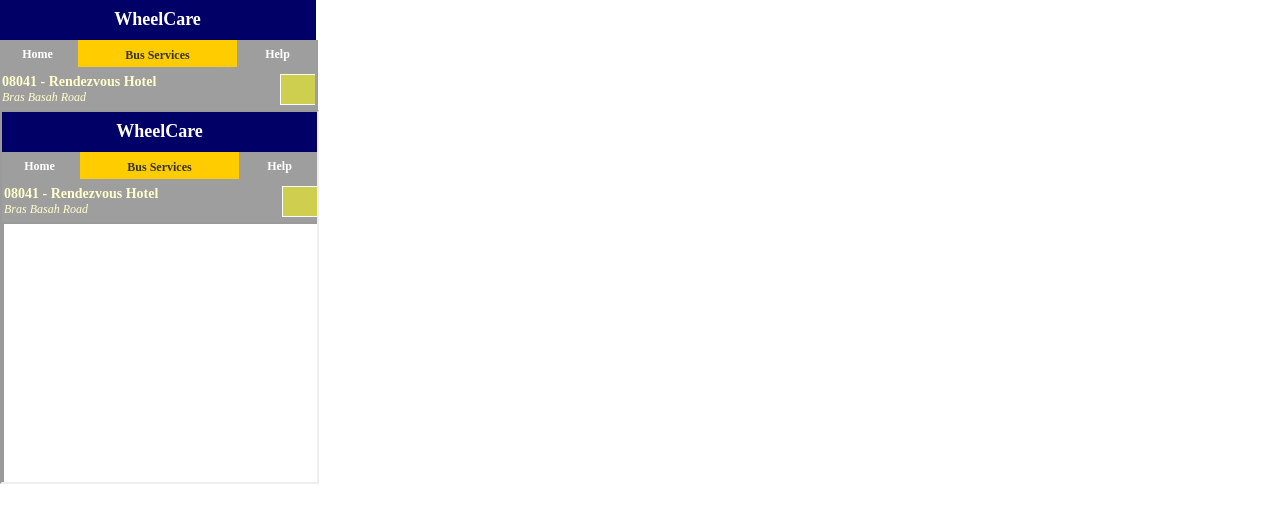
Repository: junkiatyeo/WheelCareVer2
Page: Wheelcarev2/war/Bus_ServicesC1.html
The author's editor kept a copy of each file at every save. The page is drawn from the files as they stood at one save, then again after the next save.
The browser window is 1280 px wide. The pictures show the whole page.
Pictures or frames that could not be fetched are drawn as grey boxes.

Above is the page before, as saved 2014-03-29 12:14:50.

After the next save:
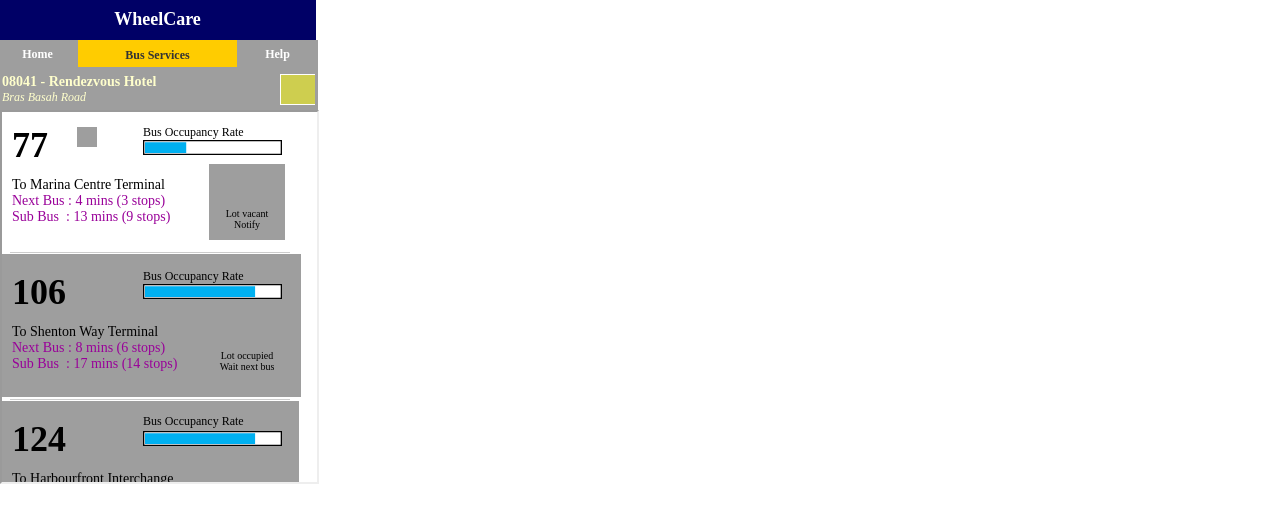
Saved 9 s later.
--- a/Wheelcarev2/war/Bus_ServicesC1.html
+++ b/Wheelcarev2/war/Bus_ServicesC1.html
@@ -40,7 +40,7 @@
 <div id="u5_rtf"><p style="text-align:left;"><span style="font-family:Axure Handwriting;font-size:14px;font-weight:bold;font-style:normal;text-decoration:none;color:#FFFFCC;">0</span><span style="font-family:Axure Handwriting;font-size:14px;font-weight:bold;font-style:normal;text-decoration:none;color:#FFFFCC;">80</span><span style="font-family:Axure Handwriting;font-size:14px;font-weight:bold;font-style:normal;text-decoration:none;color:#FFFFCC;">41</span><span style="font-family:Axure Handwriting;font-size:14px;font-weight:bold;font-style:normal;text-decoration:none;color:#FFFFCC;"> - </span><span style="font-family:Axure Handwriting;font-size:14px;font-weight:bold;font-style:normal;text-decoration:none;color:#FFFFCC;">Rendezvous Hotel</span></p><p style="text-align:left;"><span style="font-family:Axure Handwriting;font-size:12px;font-weight:normal;font-style:italic;text-decoration:none;color:#FFFFCC;">Bras Basah Road</span></p></div>
 </div>
 </div>
-<IFRAME id="u6" style="position:absolute; left:0px; top:110px; width:315px; height:370px; ; ; ;;" basesrc="#" frameborder="1" scrolling="auto" ></IFRAME>
+<IFRAME id="u6" style="position:absolute; left:0px; top:110px; width:315px; height:370px; ; ; ;;" basesrc="List_of_Bus_Services_C1.html" frameborder="1" scrolling="auto" ></IFRAME>
 
 <div id="u7" class="u7_container"   >
 <div id="u7_img" class="u7_normal detectCanvas"></div>
